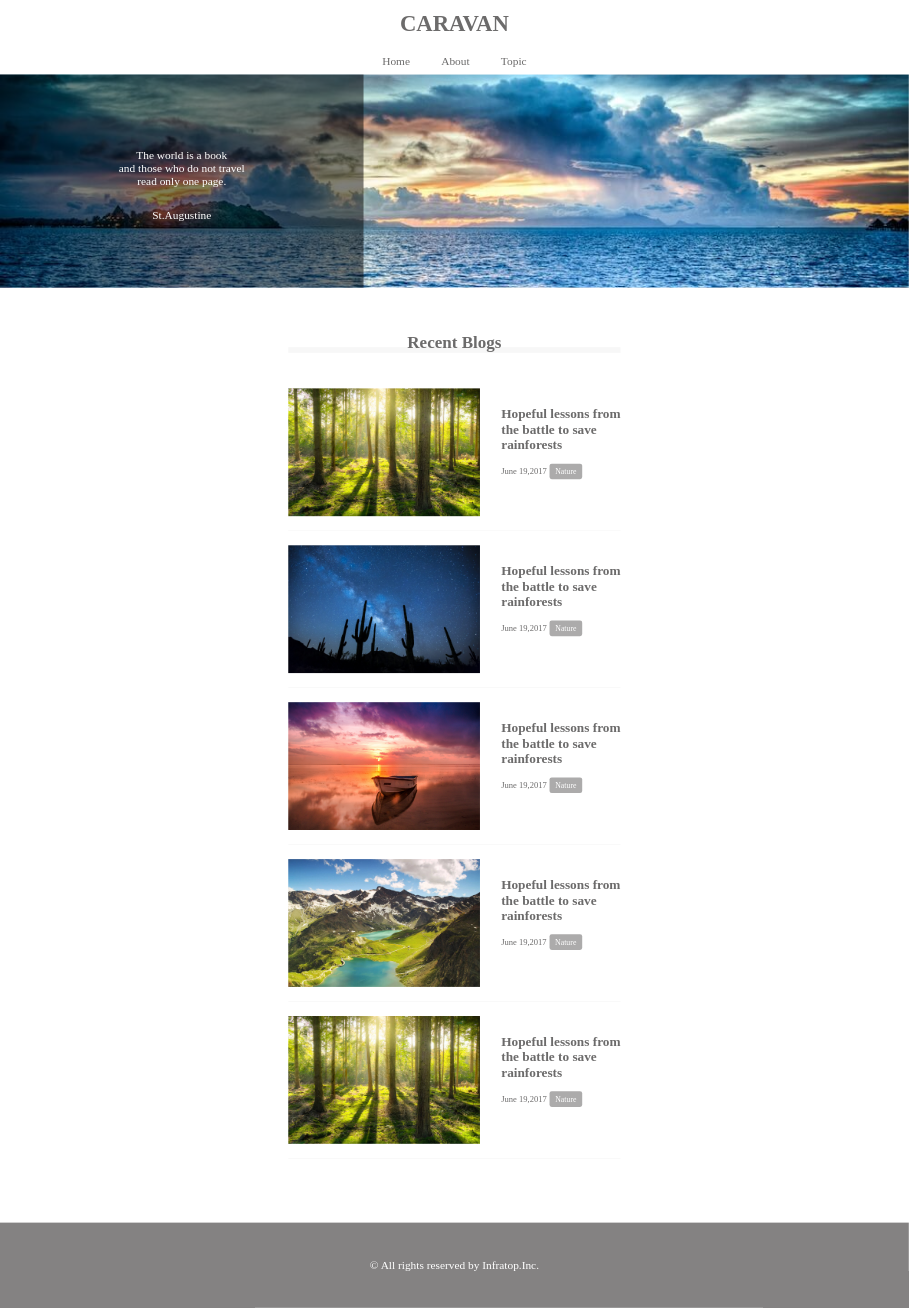
Repository: mitoma99/task4
Page: caravan/index.html
The author's editor kept a record of every edit. The page is drawn from the files as they stood at one moment, then again after the next edit.
The browser window is 1280 px wide. The pictures show the whole page, at 71% of full size.

Above is the page before.

After the next edit:
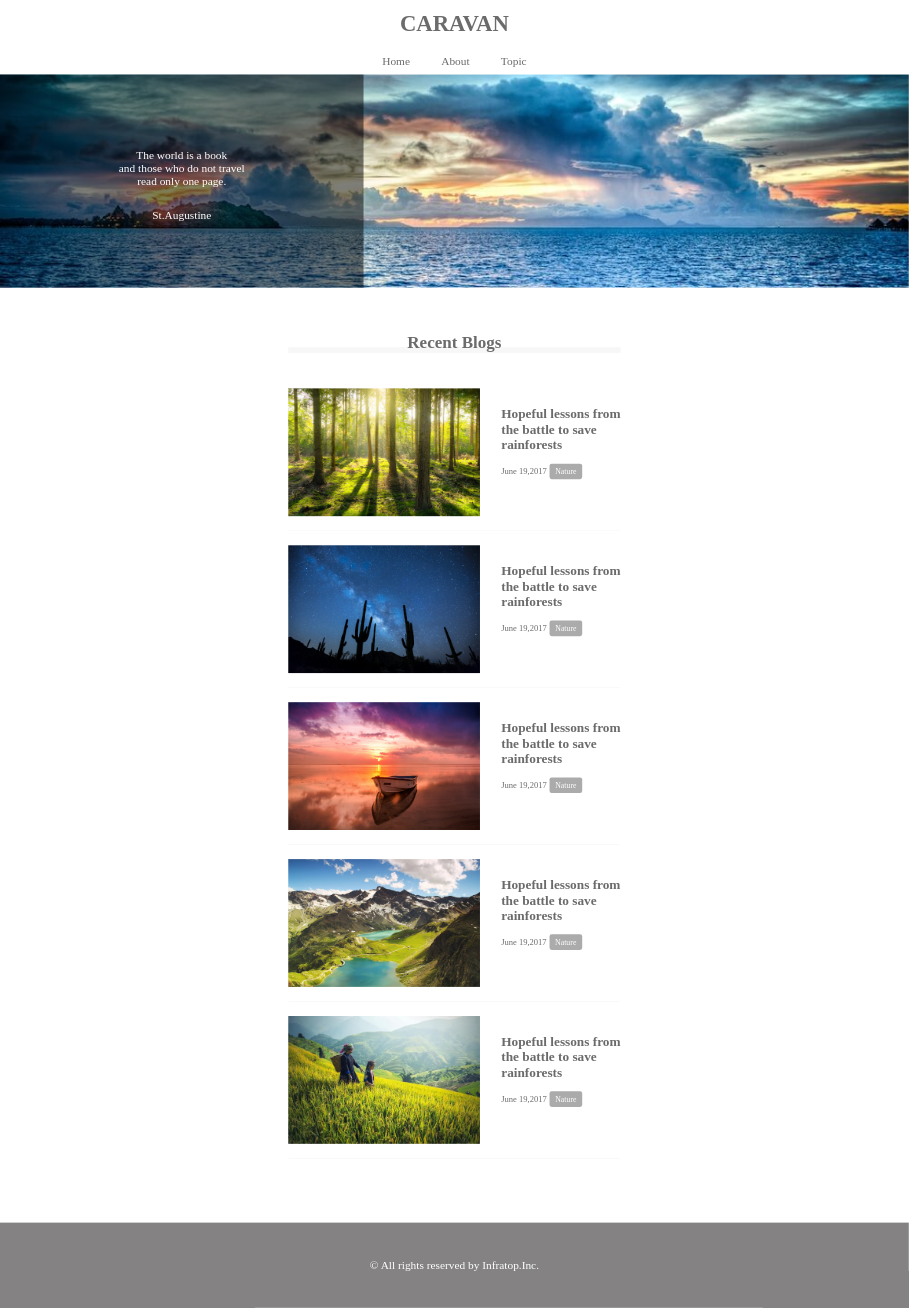
The edit:
--- a/caravan/index.html
+++ b/caravan/index.html
@@ -101,7 +101,7 @@
         </section>
         </div>
          <div class="blog-item">
-        <img class="blog-image" src="img/forest.jpg"/>
+        <img class="blog-image" src="img/asia.jpg"/>
         <section class="blog-text">
           <h3 class="blog-text-heading">
             <a href="single.html">
